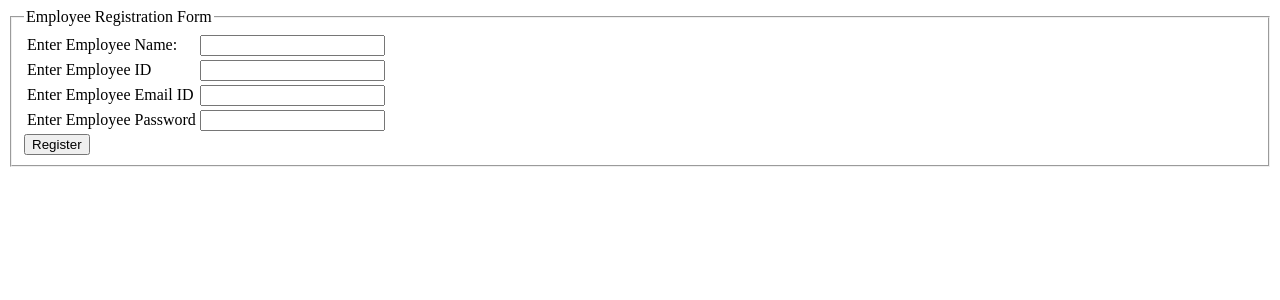
Repository: PriyankaBelote/all-eclipse-project
Page: http://localhost/springmvcemployeemanagement/WEB-INF/views/registrationForm.jsp
An editor plug-in stored every save of this project. The page is shown before and after the next save, followed by the edit.
The browser window is 1280 px wide. The pictures show the whole page.
The page is served by Tomcat 9. Nobody is signed in. Other server files are loaded and not shown. The template is opened directly, without the code that normally fills it, so the values that code supplies are empty.

Above is the page before, as saved 2022-10-21 11:49:11.

### springmvcemployeemanagement/src/main/webapp/WEB-INF/views/registrationForm.jsp
<%@ page language="java" contentType="text/html; charset=ISO-8859-1"
	pageEncoding="ISO-8859-1"%>
<!DOCTYPE html>
<html>
<head>
<meta charset="ISO-8859-1">
<title>Insert title here</title>
</head>
<body>
	<fieldset>
		<legend>Employee Registration Form</legend>
		<form action="">
			<table>
				<tr>
				<td><label>Enter Employee Name:</label></td>
				<td><input type="text" name="empId"></td>
				</tr>

				<tr>
				<td><label>Enter Employee ID</label></td>
				<td><input type="text" name="empName"></td>
				</tr>

				<tr>
				<td><label>Enter Employee Email ID</label></td>
				<td><input type="email" name="empEmail"></td>
				</tr>

				<tr>
				<td><label>Enter Employee Password</label></td>
				<td><input type="password" name="empPassword"></td>
				</tr>
			</table>
			<input type="submit" value="Register">
		</form>



	</fieldset>
</body>
</html>

After the next save:
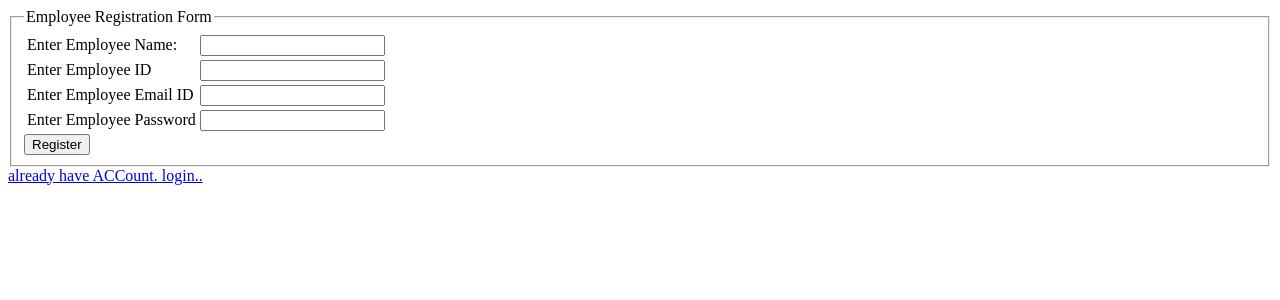
Saved 3 min 7 s later.
--- a/springmvcemployeemanagement/src/main/webapp/WEB-INF/views/registrationForm.jsp
+++ b/springmvcemployeemanagement/src/main/webapp/WEB-INF/views/registrationForm.jsp
@@ -37,5 +37,7 @@
 
 
 	</fieldset>
+
+	<a href="./login"> already have ACCount. login..</a>
 </body>
 </html>
